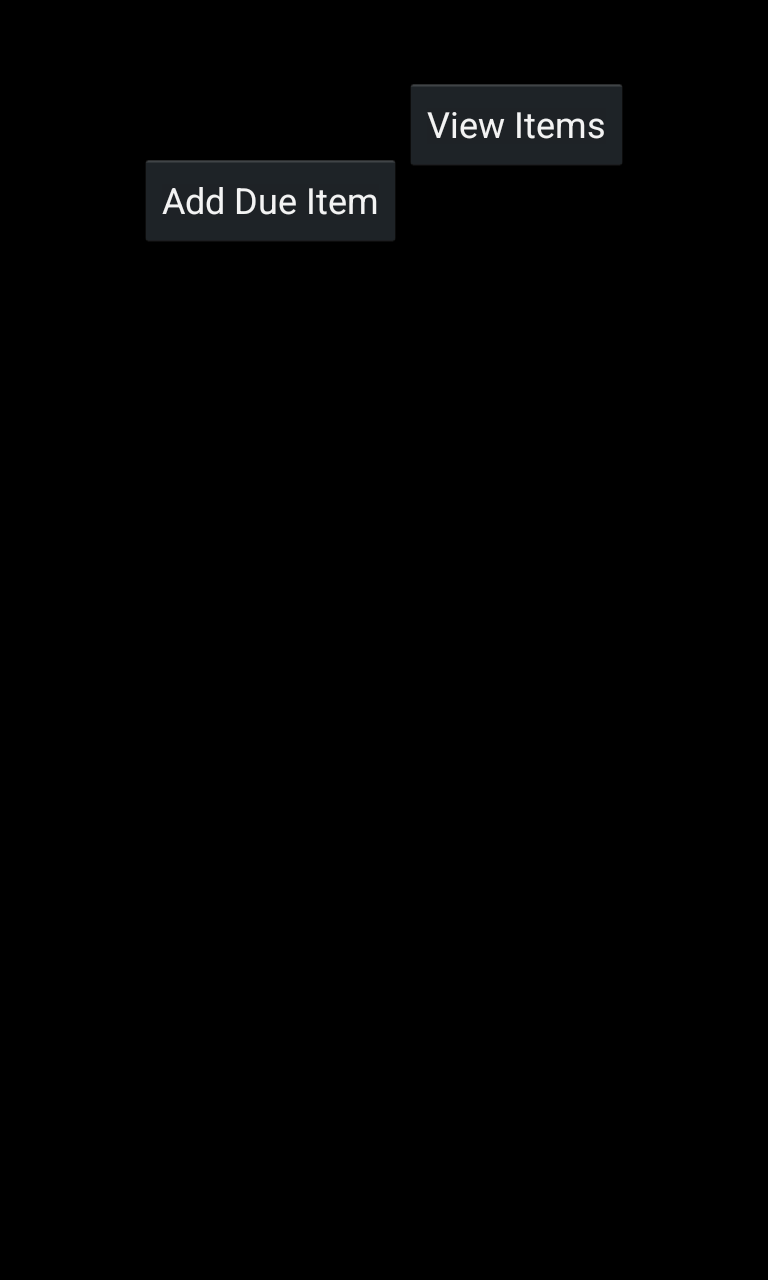
Repository: vignaesh01/Due-Date-App
Layout: DueDateManager/res/layout/activity_main.xml
The author's editor kept a copy of each file at every save. The layout is drawn from the files as they stood at one save, then again after the next save.
It is drawn on a 768 x 1280 px phone screen (xhdpi) without system bars, with theme android:Theme.Holo; the app's code is not run. Lists and similar views that code fills are empty.

Above is the layout before, as saved 2014-11-14 14:42:35.

### DueDateManager/res/layout/activity_main.xml
<RelativeLayout xmlns:android="http://schemas.android.com/apk/res/android"
    xmlns:tools="http://schemas.android.com/tools"
    android:layout_width="match_parent"
    android:layout_height="match_parent"
    android:paddingBottom="@dimen/activity_vertical_margin"
    android:paddingLeft="@dimen/activity_horizontal_margin"
    android:paddingRight="@dimen/activity_horizontal_margin"
    android:paddingTop="@dimen/activity_vertical_margin"
    tools:context="com.example.duedatemanager.MainActivity" >
 <LinearLayout
        android:id="@+id/linearLayout1"
        android:layout_width="match_parent"
        android:layout_height="wrap_content"
        android:layout_alignParentTop="true"
        android:layout_centerHorizontal="true"
        android:gravity="center_horizontal"
        android:orientation="horizontal" >
    <Button
        android:id="@+id/btnAddDueItem"
        android:layout_width="wrap_content"
        android:layout_height="wrap_content"
        android:layout_centerHorizontal="true"
        android:layout_marginTop="60dp"
        android:onClick="goToAddDueItem"
        android:text="@string/addDueItem" />

    <Button
        android:id="@+id/btnViewDueItem"
        android:layout_width="wrap_content"
        android:layout_height="wrap_content"
        android:layout_below="@+id/btnAddDueItem"
        android:layout_centerHorizontal="true"
        android:layout_marginTop="22dp"
        android:onClick="goToViewItems"
        android:text="@string/viewItems" />
</LinearLayout>
    <ListView
        android:id="@+id/listView1"
        android:layout_width="match_parent"
        android:layout_height="wrap_content"
        android:layout_centerHorizontal="true"
        android:layout_centerVertical="true"
        android:layout_below="@+id/linearLayout1">
    </ListView>

</RelativeLayout>

### DueDateManager/res/values/strings.xml
<?xml version="1.0" encoding="utf-8"?>
<resources>

    <string name="app_name">Due Date Manager</string>
    <string name="hello_world">Hello world!</string>
    <string name="action_settings">Settings</string>
    <string name="addDueItem">Add Due Item</string>
    <string name="viewItems">View Items</string>
    <string name="title_activity_add_item">Add a Due Item</string>
    <string name="title_activity_view_items">View Items</string>
    <string name="title_activity_more_info">More Info</string>

</resources>

Loaded but not shown: DueDateManager/res/values/dimens.xml (common file); DueDateManager/res/values-w820dp/dimens.xml (common file)

After the next save:
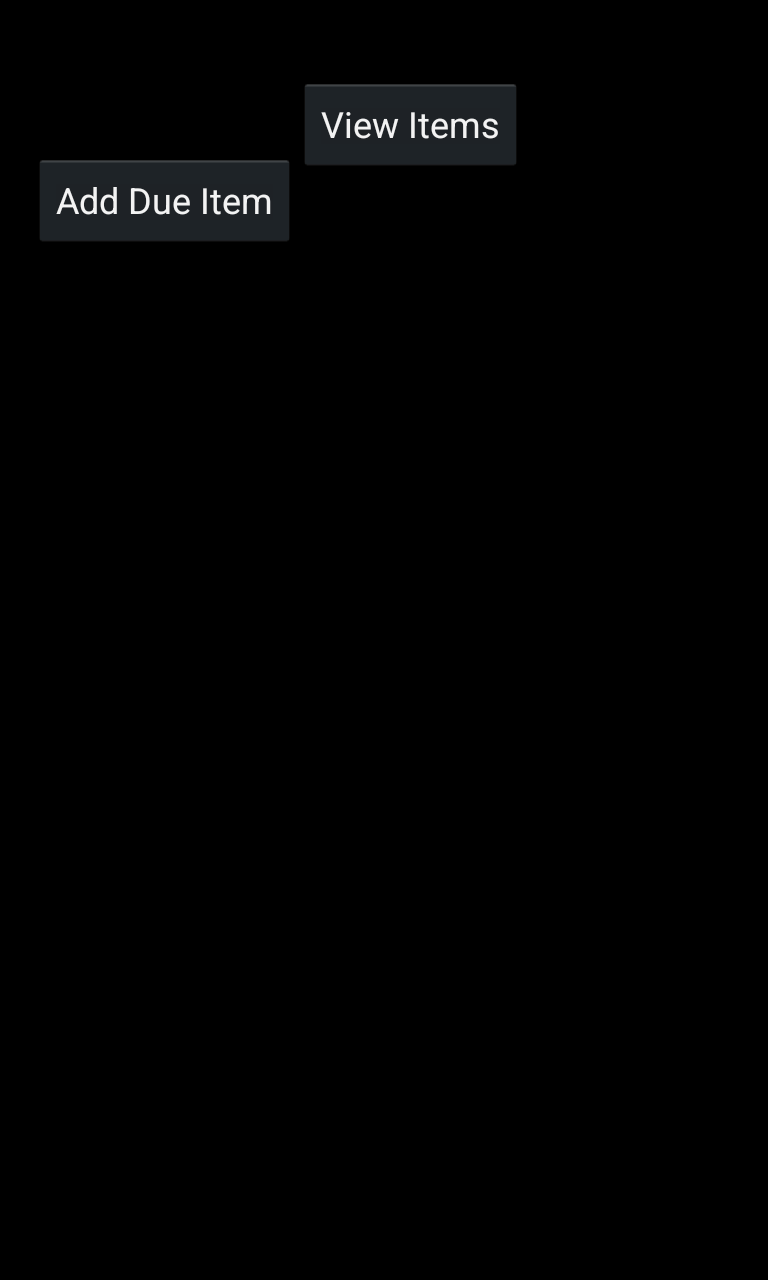
Saved 84 s later.
--- a/DueDateManager/res/layout/activity_main.xml
+++ b/DueDateManager/res/layout/activity_main.xml
@@ -1,46 +1,44 @@
-<RelativeLayout xmlns:android="http://schemas.android.com/apk/res/android"
+<LinearLayout xmlns:android="http://schemas.android.com/apk/res/android"
     xmlns:tools="http://schemas.android.com/tools"
+    android:id="@+id/LinearLayout1"
     android:layout_width="match_parent"
     android:layout_height="match_parent"
+    android:orientation="vertical"
     android:paddingBottom="@dimen/activity_vertical_margin"
     android:paddingLeft="@dimen/activity_horizontal_margin"
     android:paddingRight="@dimen/activity_horizontal_margin"
     android:paddingTop="@dimen/activity_vertical_margin"
     tools:context="com.example.duedatemanager.MainActivity" >
- <LinearLayout
+
+    <LinearLayout
         android:id="@+id/linearLayout1"
         android:layout_width="match_parent"
         android:layout_height="wrap_content"
-        android:layout_alignParentTop="true"
-        android:layout_centerHorizontal="true"
-        android:gravity="center_horizontal"
         android:orientation="horizontal" >
-    <Button
-        android:id="@+id/btnAddDueItem"
-        android:layout_width="wrap_content"
-        android:layout_height="wrap_content"
-        android:layout_centerHorizontal="true"
-        android:layout_marginTop="60dp"
-        android:onClick="goToAddDueItem"
-        android:text="@string/addDueItem" />
 
-    <Button
-        android:id="@+id/btnViewDueItem"
-        android:layout_width="wrap_content"
-        android:layout_height="wrap_content"
-        android:layout_below="@+id/btnAddDueItem"
-        android:layout_centerHorizontal="true"
-        android:layout_marginTop="22dp"
-        android:onClick="goToViewItems"
-        android:text="@string/viewItems" />
-</LinearLayout>
+        <Button
+            android:id="@+id/btnAddDueItem"
+            android:layout_width="wrap_content"
+            android:layout_height="wrap_content"
+            android:layout_marginTop="60dp"
+            android:onClick="goToAddDueItem"
+            android:text="@string/addDueItem" />
+
+        <Button
+            android:id="@+id/btnViewDueItem"
+            android:layout_width="wrap_content"
+            android:layout_height="wrap_content"
+            android:layout_below="@+id/btnAddDueItem"
+            android:layout_centerHorizontal="true"
+            android:layout_marginTop="22dp"
+            android:onClick="goToViewItems"
+            android:text="@string/viewItems" />
+    </LinearLayout>
+
     <ListView
         android:id="@+id/listView1"
         android:layout_width="match_parent"
-        android:layout_height="wrap_content"
-        android:layout_centerHorizontal="true"
-        android:layout_centerVertical="true"
-        android:layout_below="@+id/linearLayout1">
+        android:layout_height="wrap_content" >
     </ListView>
 
-</RelativeLayout>
+</LinearLayout>
